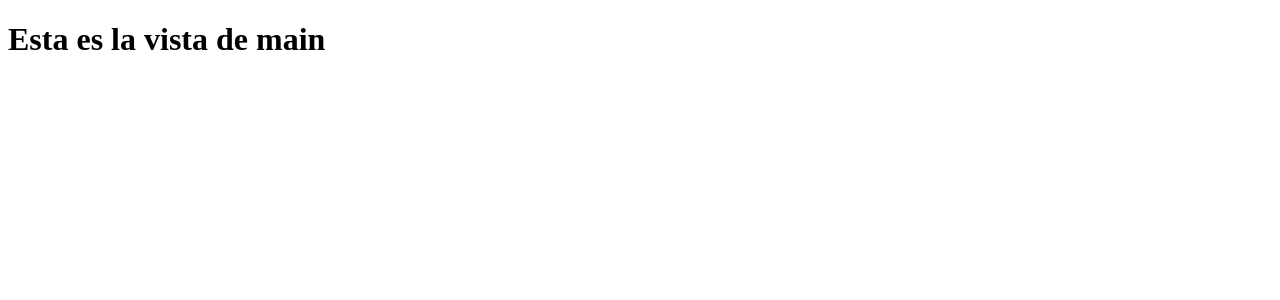
Repository: edgarhdzp/crud-php-poo-mvc-ajax
Page: http://localhost/views/main/index.php
The author's editor kept a copy of each file at every save. The page is drawn from the files as they stood at one save, then again after a run of saves.
The browser window is 1280 px wide. The pictures show the whole page.
The page is run by PHP 8.4 with error messages shown; the project is at /var/www/html/.

Above is the page before, as saved 2020-06-22 18:32:13.

After the next 2 saves:
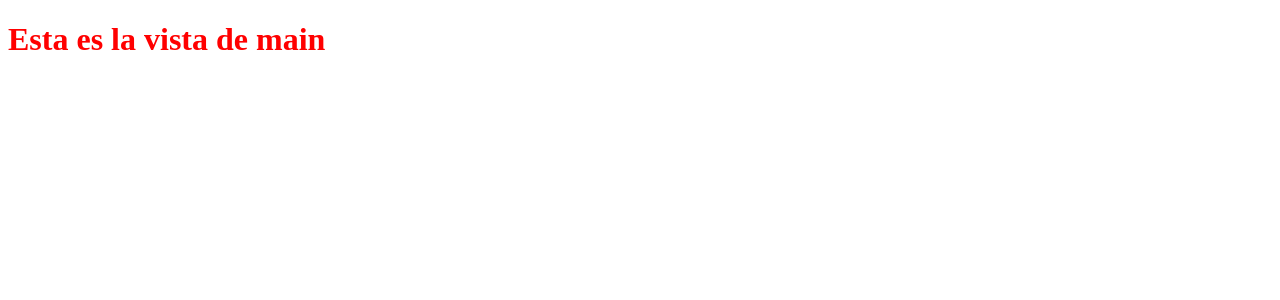
The 2 saves are shown as one change because they came seconds apart.
The last was saved 5 s later.
--- a/views/main/index.php
+++ b/views/main/index.php
@@ -6,6 +6,6 @@
     <title>Document</title>
 </head>
 <body>
-    <h1 style="color">Esta es la vista de main</h1>
+    <h1 style="color: red;">Esta es la vista de main</h1>
 </body>
 </html>
